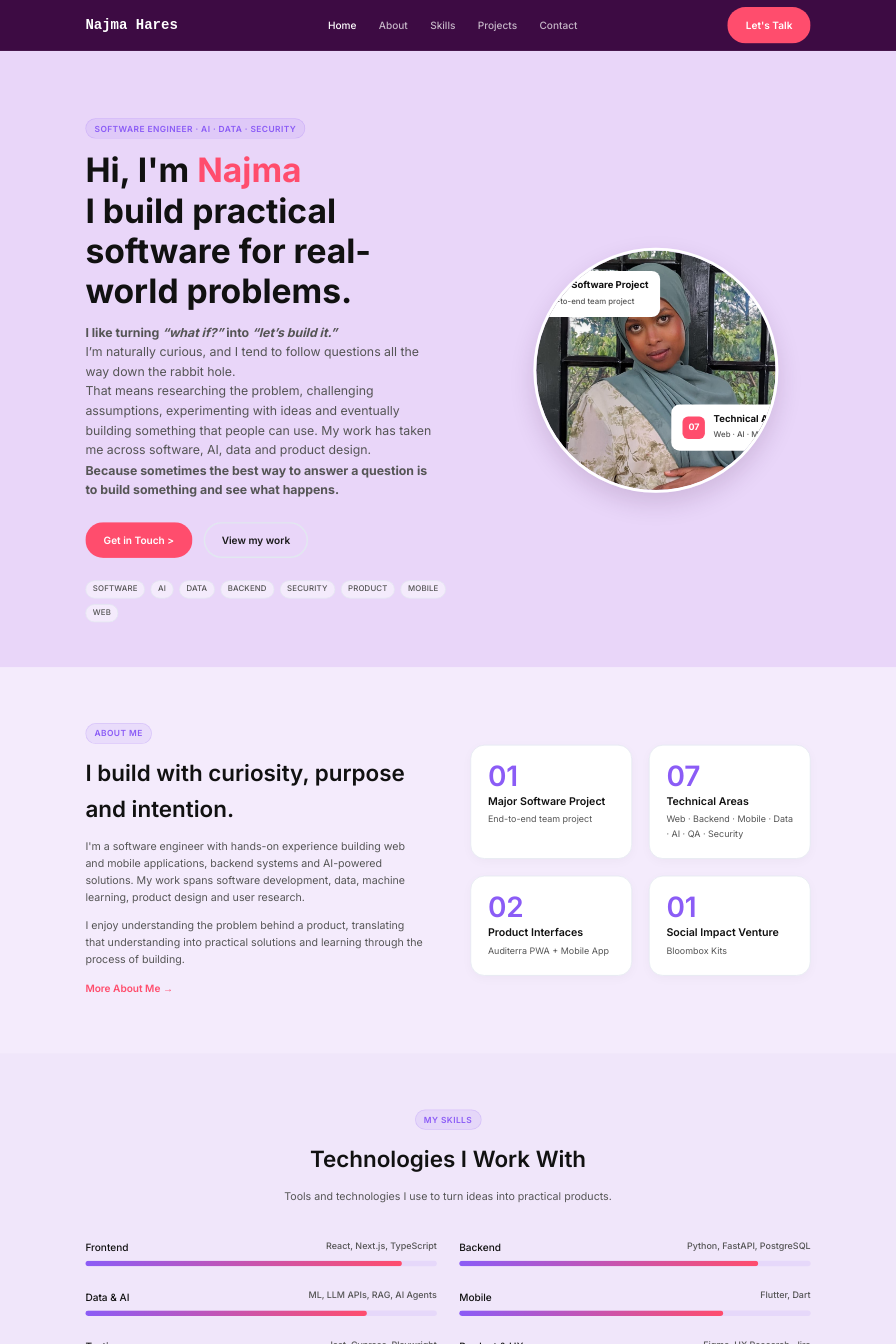
Repository: najmahares/portfolio
Page: index.html
An editor plug-in stored every save of this project. The page is shown before and after the next save, followed by the edit.
The browser window is 1280 px wide. The pictures show the part of the page from y = 0 to 1920 px (the page is 3441 px tall before and 3469 px after), at 70% of full size.

Above is the page before, as saved 2026-09-19 06:30:52.

After the next save:
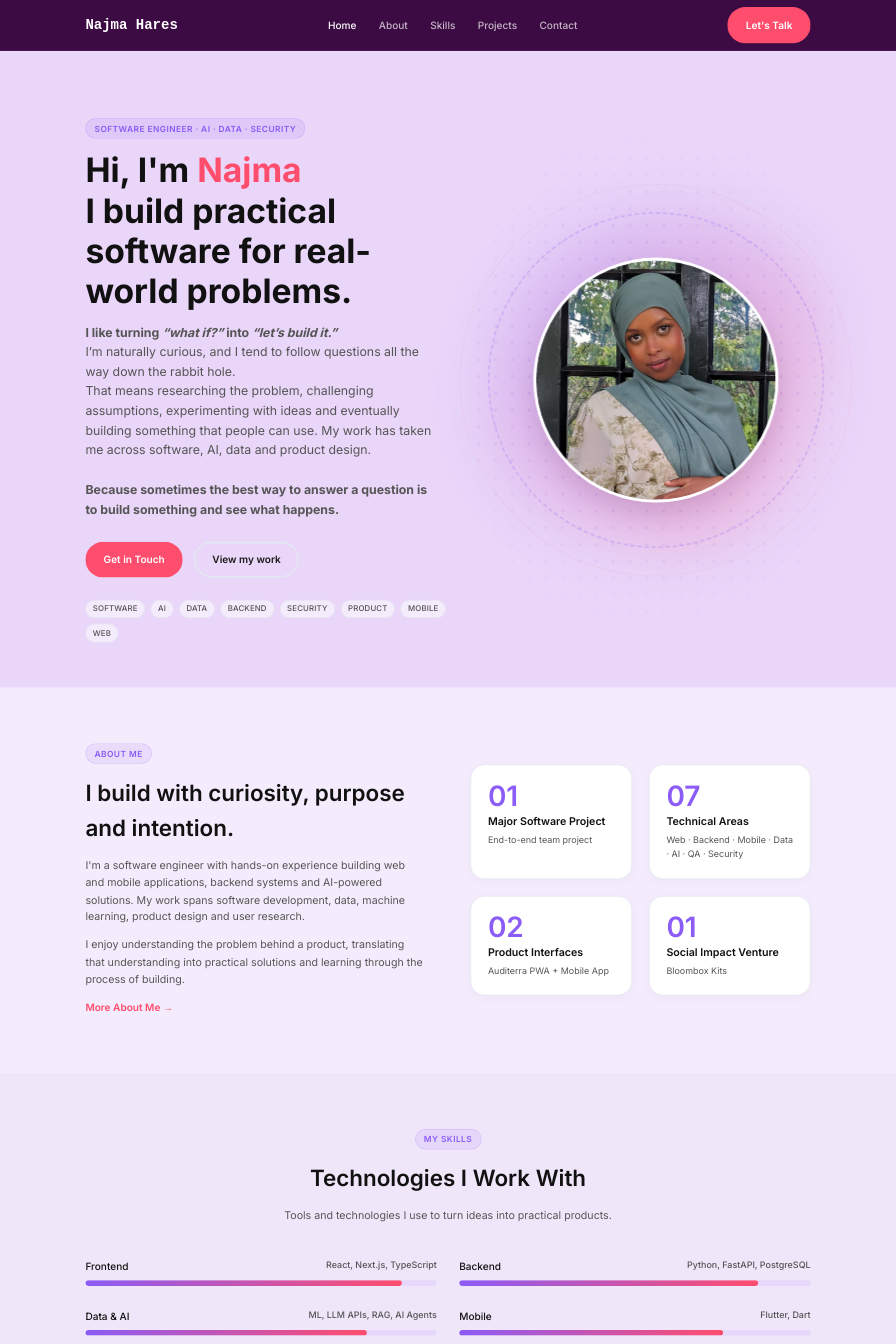
Saved 12 s later.
--- a/index.html
+++ b/index.html
@@ -42,7 +42,9 @@
             practical software for real-world problems.
           </h1>
           <p class="hero-desc reveal">
-            <strong>I like turning <i>“what if?”</i> into <i>“let’s build it.”</i> </strong>
+            <strong
+              >I like turning <i>“what if?”</i> into <i>“let’s build it.”</i>
+            </strong>
             <br />
             I’m naturally curious, and I tend to follow questions all the way
             down the rabbit hole. <br />
@@ -50,18 +52,17 @@
             experimenting with ideas and eventually building something that
             people can use. My work has taken me across software, AI, data and
             product design.
-            <br />
-
+            <br /><br />
             <strong
               >Because sometimes the best way to answer a question is to build
               something and see what happens.</strong
             >
           </p>
           <div class="hero-buttons reveal">
-            <a href="#projects" class="btn btn-primary magnetic"
-              >Get in Touch
+            <a href="#contact" class="btn btn-primary magnetic">Get in Touch</a>
+            <a href="#projects" class="btn btn-outline magnetic"
+              >View my work</a
             >
-            <a href="#" class="btn btn-outline magnetic">View my work</a>
           </div>
           <div class="tech-stack reveal">
             <span class="badge-sm">Software</span>
@@ -74,27 +75,24 @@
             <span class="badge-sm">Web</span>
           </div>
         </div>
+
+        <!-- Hero Image Wrapper with Abstract Decorations -->
         <div class="hero-image-wrapper reveal">
+          <!-- Soft background glow -->
+          <div class="image-glow-blob"></div>
+
+          <!-- Decorative concentric rings -->
+          <div class="decor-ring ring-1"></div>
+          <div class="decor-ring ring-2"></div>
+          <div class="decor-dot-pattern"></div>
+
+          <!-- The actual image -->
           <div class="avatar-graphic tilt-card">
             <img
               src="assets/portfolio_image.jpg"
               alt="Najma Hares"
               class="hero-img"
             />
-            <div class="floating-stat float-1">
-              <div class="stat-icon bg-purple">01</div>
-              <div>
-                <strong>Major Software Project</strong>
-                <span>End-to-end team project</span>
-              </div>
-            </div>
-            <div class="floating-stat float-2">
-              <div class="stat-icon bg-pink">07</div>
-              <div>
-                <strong>Technical Areas</strong>
-                <span>Web · AI · Mobile · Data</span>
-              </div>
-            </div>
           </div>
         </div>
       </div>
@@ -218,7 +216,7 @@
           <p>A selection of projects I've built recently.</p>
         </div>
         <div class="projects-grid">
-          <!-- Project 1: Wrapped in <a> tag -->
+          <!-- Project 1 -->
           <a href="project.html" class="card project-card reveal tilt-card">
             <div class="project-img placeholder-1"></div>
             <div class="project-info">
